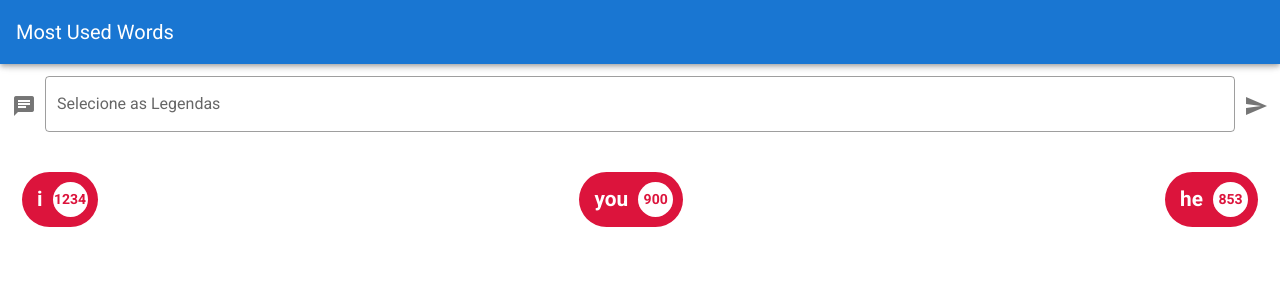
Repository: WillianPer/MOST-USED-WORDS
Page: /
An editor plug-in stored every save of this project. The page is shown before and after the next save, followed by the edit.
The browser window is 1280 px wide. The pictures show the whole page.
The project was rebuilt for these pictures with package versions that can differ from the ones it lists, and the page was loaded fresh each time. Also part of the build but not shown: vue.config.js.

Above is the page before, as saved 2022-09-07 18:49:46.

### src/App.vue
<template>
  <v-app>
    <v-app-bar app color="primary" dark>
      <v-toolbar-title>Most Used Words</v-toolbar-title>
    </v-app-bar>

    <v-main>
      <HomeVue/>
    </v-main>
    <!-- <v-content>
      <HomeVue/>
    </v-content> -->
  </v-app>
</template>

<script>

import HomeVue from './components/HomeVue'


export default {
  name: "App",

  components: {

    HomeVue
},

  data: () => ({
    //
  }),
};
</script>

### src/components/HomeVue.vue
<template>
    <v-container fluid>

        <v-form>
            <v-file-input
                label="Selecione as Legendas"
                prepend-icon="mdi-message-text"
                append-outer-icon="mdi-send"
                outlined
                multiple
                chips
                v-model="files"
                @click:append-outer="processSubtitles" />
                <!-- append-icon="mdi-send" -->
        </v-form>

        <div class="pills">
            <PillVue v-for="word in groupedWords" :key="word.name"
                :name="word.name" :amount="word.amount" />
        </div>
    </v-container>
</template>

<script>
// import { IpcRenderer } from 'electron';
import { ipcRenderer } from 'electron';
import PillVue from './PillVue.vue';
export default {
    components: { PillVue },
    data: function () {
        return {
            files: [],
            groupedWords: [
                { name: "i", amount: 1234 },
                { name: "you", amount: 900 },
                { name: "he", amount: 853 },
            ]
        }
    },
    methods: {
        processSubtitles() {
            console.log(this.files)
            ipcRenderer.send('chanelThis', 'ping')
            ipcRenderer.on('chanelThis', (event, resp) => {
                console.log(resp)
            })
        }
    }
}
</script>

<style>
    .pills {
        display: flex;
        flex-wrap: wrap;
        justify-content: space-between;
    }

</style>

### src/components/PillVue.vue
<template>
  <div class="pill">
    <span class="name">{{ name }}</span>
    <span class="amount">{{ amount }}</span>
  </div>
</template>

<script>
export default {
    props: [ 'name', 'amount' ]
}
</script>

<style scoped>
    .pill {
        margin: 10px;
        height: 55px;
        border-radius: 30px;

        background-color: crimson;
        color: #fff;
        font-size: 1.3rem;
        font-weight: bold;

        display: flex;
        align-items: center;
    }

    .pill .name {
      margin-left: 15px;
    }

    .pill .amount {
      margin: 10px;
      padding: 5px;
      height: 35px;
      width: 35px;
      border-radius: 18px;

      background-color: #fff;
      color: crimson;

      font-size: 14px;

      display: flex;
      justify-content: center;
      align-items: center;
    }
</style>

Loaded but not shown: public/index.html (common file); src/main.js (common file); src/plugins/vuetify.js (common file)

After the next save:
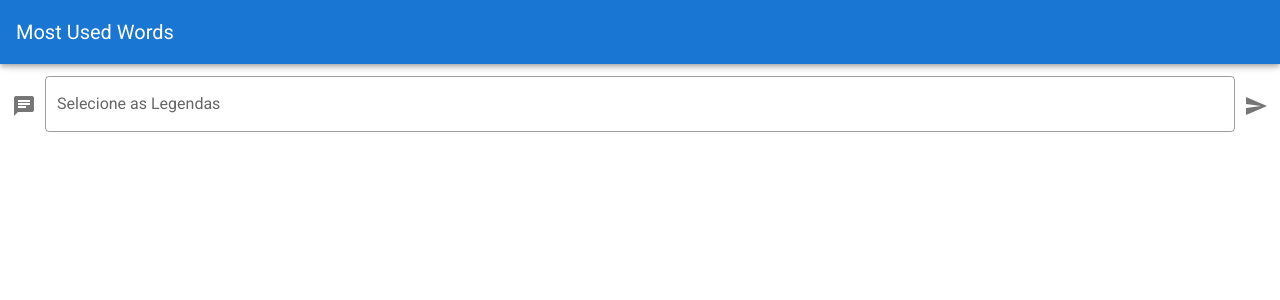
Saved 25 s later.
--- a/src/components/HomeVue.vue
+++ b/src/components/HomeVue.vue
@@ -30,18 +30,14 @@ export default {
     data: function () {
         return {
             files: [],
-            groupedWords: [
-                { name: "i", amount: 1234 },
-                { name: "you", amount: 900 },
-                { name: "he", amount: 853 },
-            ]
+            groupedWords: []
         }
     },
     methods: {
         processSubtitles() {
             console.log(this.files)
-            ipcRenderer.send('chanelThis', 'ping')
-            ipcRenderer.on('chanelThis', (event, resp) => {
+            ipcRenderer.send('process-subtitle', 'ping')
+            ipcRenderer.on('process-subtitle', (event, resp) => {
                 console.log(resp)
             })
         }
